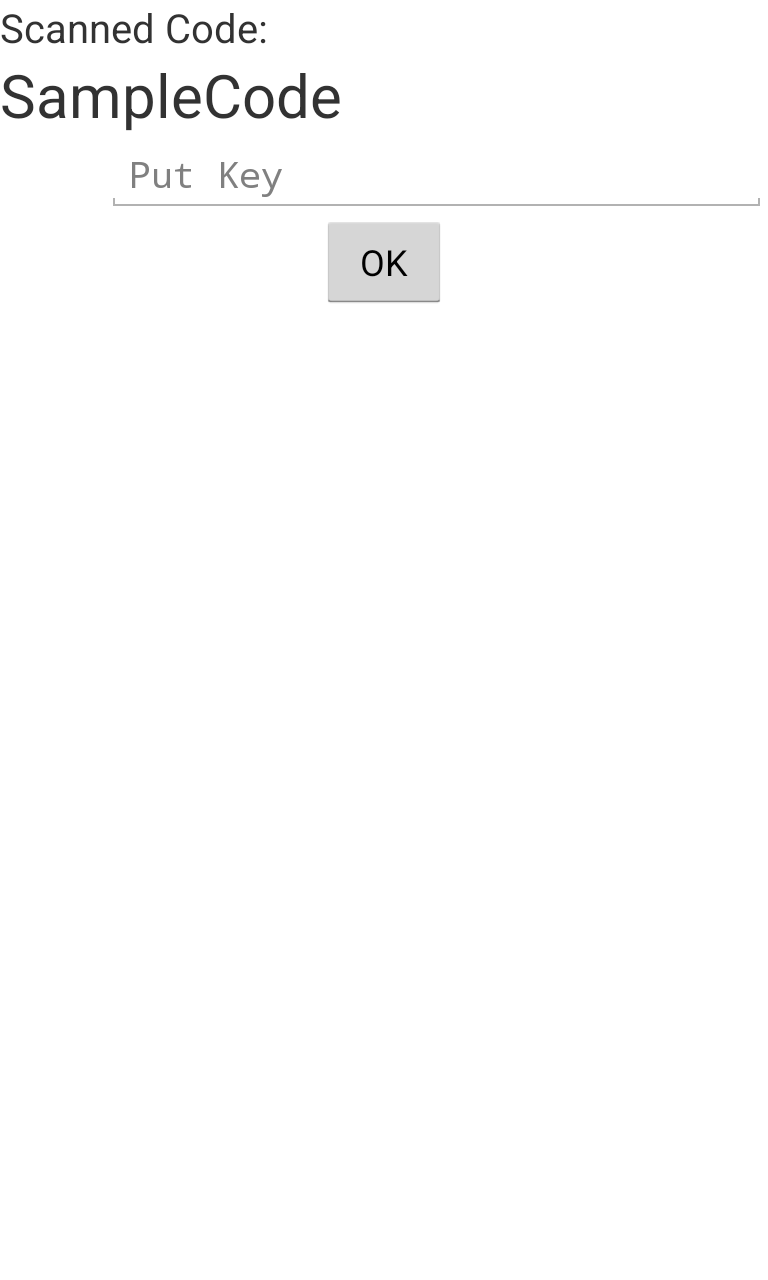
Repository: LennoxAlexion/UID
Layout: Android App/Uid-Project/res/layout/activity_qr_result.xml
The author's editor kept a copy of each file at every save. The layout is drawn from the files as they stood at one save, then again after the next save.
It is drawn on a 768 x 1280 px phone screen (xhdpi) without system bars, with theme AppTheme; the app's code is not run.

Above is the layout before, as saved 2015-03-29 06:57:02.

### Android App/Uid-Project/res/layout/activity_qr_result.xml
<?xml version="1.0" encoding="utf-8"?>
<LinearLayout xmlns:android="http://schemas.android.com/apk/res/android"
    android:layout_width="match_parent"
    android:layout_height="match_parent"
    android:orientation="vertical"
>

    <TextView
        android:layout_width="wrap_content"
        android:layout_height="wrap_content"
        android:text="Scanned Code: "
        android:textSize="20dp" />

    <TextView
        android:id="@+id/Scanned_Code"
        android:layout_width="wrap_content"
        android:layout_height="wrap_content"
        android:text="SampleCode"
        android:textSize="30dp" />

    <RelativeLayout
        android:id="@+id/Rel"
        android:layout_width="fill_parent"
        android:layout_height="wrap_content" >

        <TextView
            android:layout_width="wrap_content"
            android:layout_height="wrap_content"
            android:layout_alignParentLeft="true"
            android:text="Key: "
            android:id="@+id/TVKey"
            android:textColor="@android:color/white"
            android:textSize="20dp"
            android:padding="5dp"/>

        <EditText
            android:layout_width="match_parent"
            android:layout_height="wrap_content"
            android:hint="Put Key"
            android:layout_toRightOf="@id/TVKey"
            android:layout_alignParentRight="true"
            android:inputType="textPassword"
            android:id="@+id/KeyET"/>
    </RelativeLayout>

    <Button
        android:layout_width="wrap_content"
        android:layout_height="wrap_content"
        android:layout_gravity="center_horizontal"
        android:text="OK"
        android:id="@+id/SubmitButton" />

    <TextView
        android:layout_width="wrap_content"
        android:layout_height="wrap_content"
        android:layout_marginTop="15dp"
        android:text="Decoded Text: "
        android:textColor="@android:color/white"
        android:textSize="20dp" />

    <TextView
        android:id="@+id/Result"
        android:layout_width="wrap_content"
        android:layout_height="wrap_content"
        android:text="Sample"
        android:textColor="@android:color/white"
        android:textSize="30dp" />

</LinearLayout>

Loaded but not shown: Android App/Uid-Project/res/values/styles.xml (common file); Android App/Uid-Project/res/values-v11/styles.xml (common file); Android App/Uid-Project/res/values-v14/styles.xml (common file); Android App/Uid-Project/res/values-v21/styles.xml (common file)

After the next save:
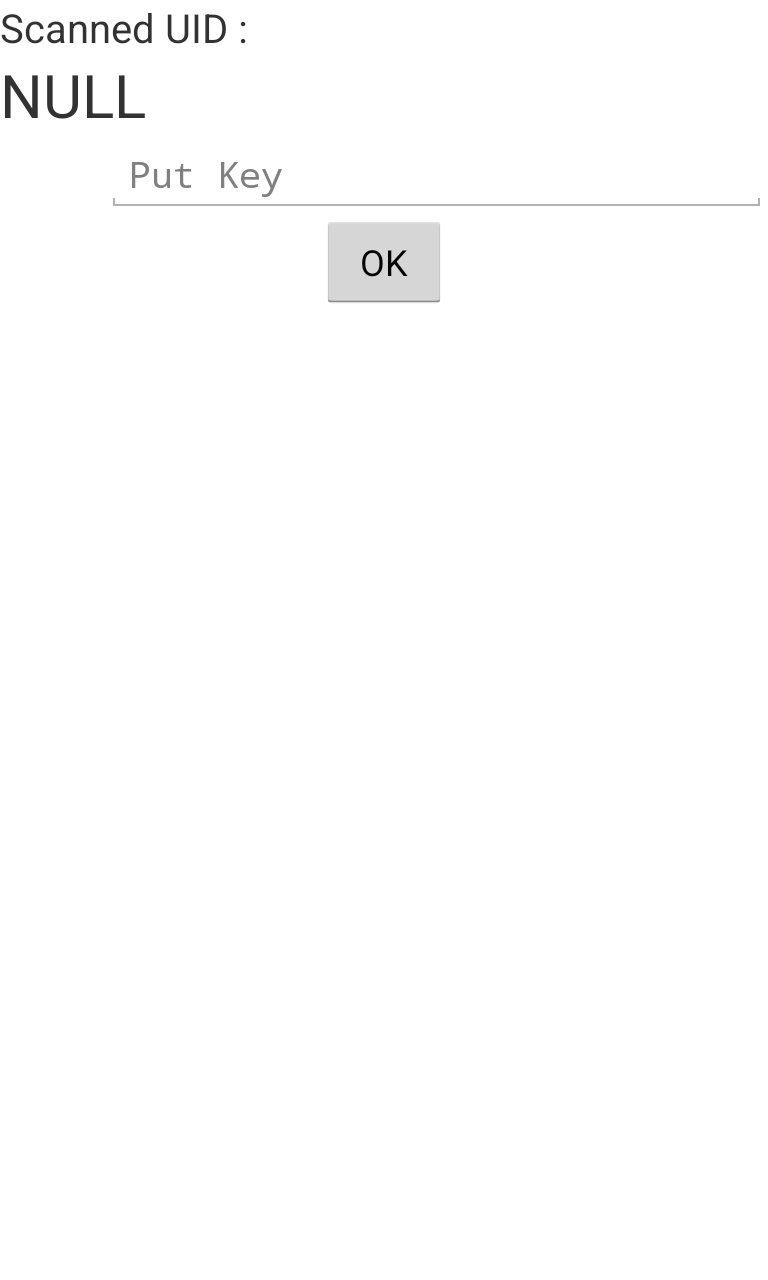
Saved 43 s later.
--- a/Android App/Uid-Project/res/layout/activity_qr_result.xml
+++ b/Android App/Uid-Project/res/layout/activity_qr_result.xml
@@ -8,14 +8,14 @@
     <TextView
         android:layout_width="wrap_content"
         android:layout_height="wrap_content"
-        android:text="Scanned Code: "
+        android:text="Scanned UID : "
         android:textSize="20dp" />
 
     <TextView
-        android:id="@+id/Scanned_Code"
+        android:id="@+id/TextView_ScannedCode"
         android:layout_width="wrap_content"
         android:layout_height="wrap_content"
-        android:text="SampleCode"
+        android:text="NULL"
         android:textSize="30dp" />
 
     <RelativeLayout
